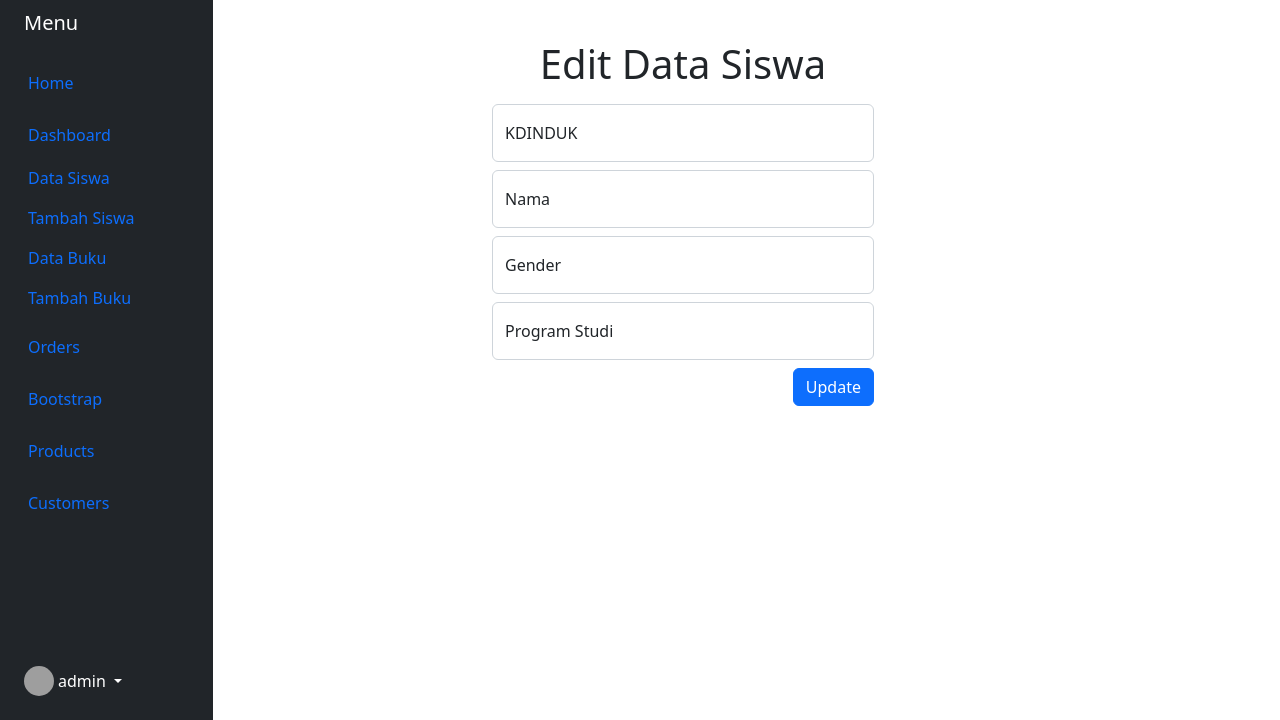
Repository: ervina991/uas-headless-cms
Page: /admin/siswa/updatesiswa
These files come from the project's save history. The page is drawn as it stood at one moment and after the next save; the edit follows.
The browser window is 1280 px wide. The pictures show the whole page.
Pictures or frames that could not be fetched are drawn as grey boxes. The project was rebuilt for these pictures with package versions that can differ from the ones it lists, and the page was loaded fresh each time. The framework's server and built-in components were replaced by stand-ins that run in the browser. Also part of the build but not shown: next.config.js.

Above is the page before, as saved 2023-01-17 00:50:44.

After the next save:
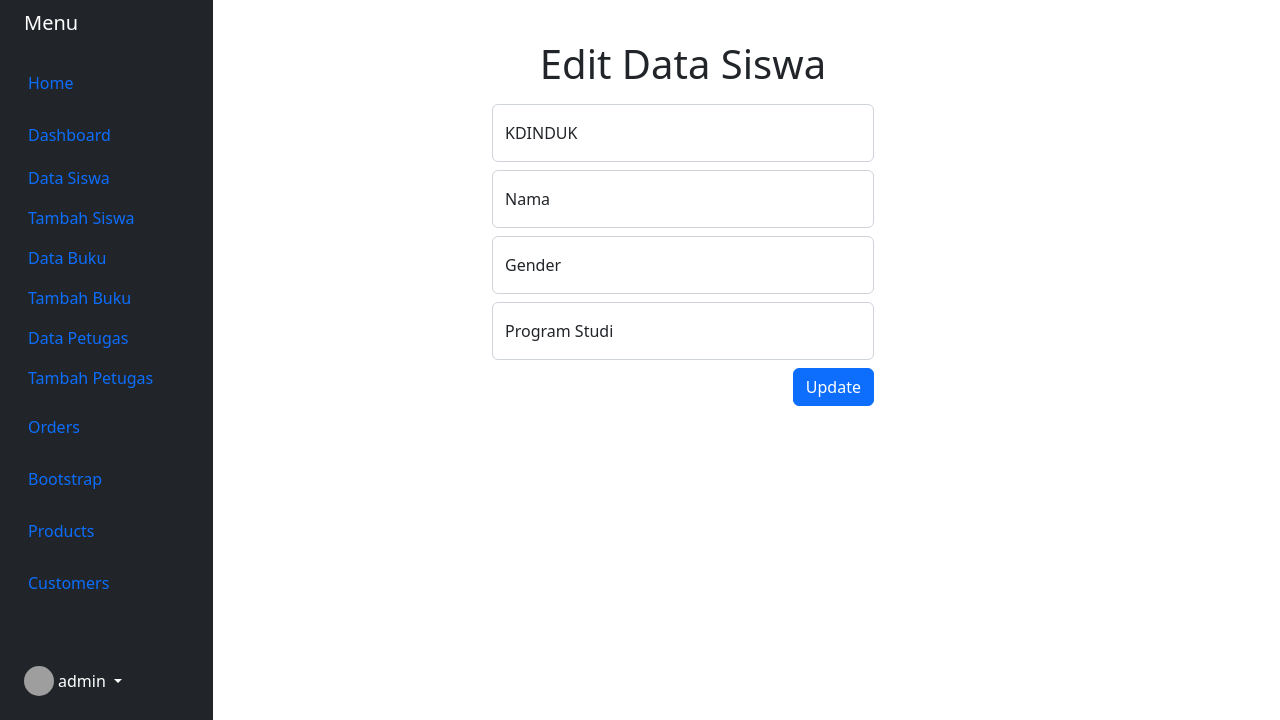
Saved 3 min 6 s later.
--- a/components/admin/SideBar.js
+++ b/components/admin/SideBar.js
@@ -62,6 +62,20 @@ const SideBar = ({ children }) => {
                                                 <a className="nav-link px-0"> <span className="d-none d-sm-inline">Tambah Buku</span></a>
                                             </Link>
                                         </li>
+                                        <li className="w-100">
+                                            <Link href={"/admin/petugas-gql/datapetugas"}>
+                                                <a className="nav-link px-0">
+                                                    <span className="d-none d-sm-inline">Data Petugas</span>
+                                                </a>
+                                            </Link>
+                                        </li>
+
+                                        <li>
+                                            <Link href={"/admin/petugas-gql/createpetugas"}>
+                                                <a className="nav-link px-0"> <span className="d-none d-sm-inline">Tambah Petugas</span></a>
+                                            </Link>
+                                        </li>
+
                                     </ul>
                                 </li>
                                 <li>
